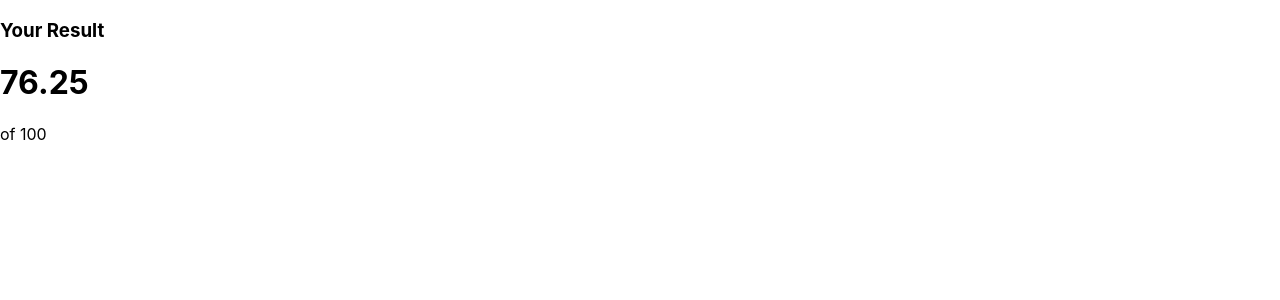
Repository: JeanPaulBassil/Result-Summary-Design
Page: /
An editor plug-in stored every save of this project. The page is shown before and after the next save, followed by the edit.
The browser window is 1280 px wide. The pictures show the whole page.
The project was rebuilt for these pictures with package versions that can differ from the ones it lists, and the page was loaded fresh each time.

Above is the page before, as saved 2023-02-24 15:07:59.

After the next save:
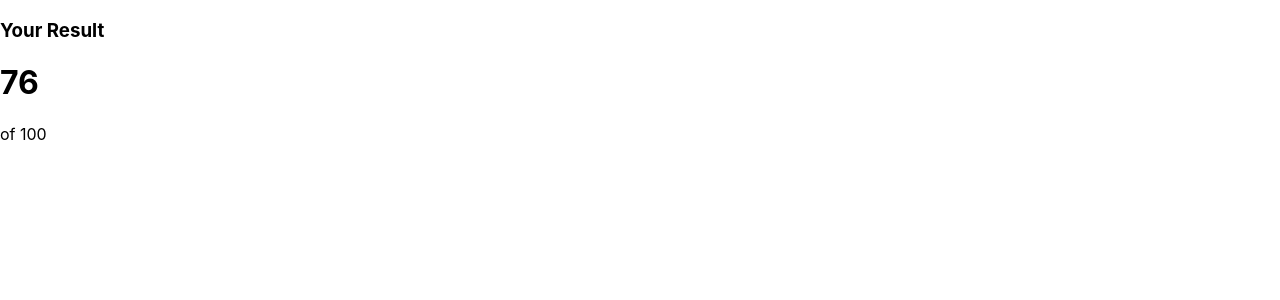
Saved 13 s later.
--- a/src/Components/Result/Result.js
+++ b/src/Components/Result/Result.js
@@ -3,7 +3,7 @@ import Grade from "../Grade/Grade";
 import data from "../../data.json";
 
 export default function Result() {
-    const score = data.reduce((totalGrade, category) => totalGrade + category.score , 0) / data.length
+    const score = Math.floor(data.reduce((totalGrade, category) => totalGrade + category.score , 0) / data.length)
 
     return (
         <div className="result">
